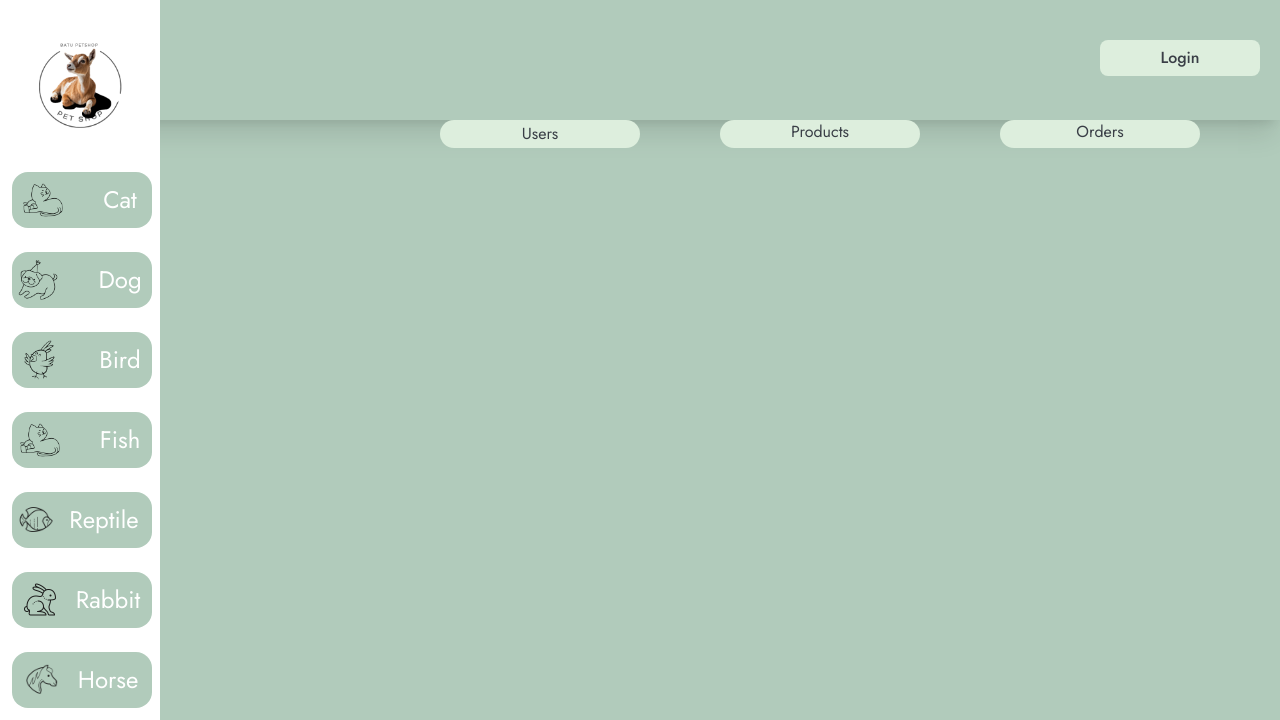
Repository: batu-call/batu-petshop
Page: /main (app in petshopp-appAdmin/admin/)
An editor plug-in stored every save of this project. The page is shown before and after the next save, followed by the edit.
The browser window is 1280 px wide. The pictures show the whole page.
The project was rebuilt for these pictures with package versions that can differ from the ones it lists, and the page was loaded fresh each time. The framework's server and built-in components were replaced by stand-ins that run in the browser. Also part of the build but not shown: petshopp-appAdmin/admin/next.config.ts.

Above is the page before, as saved 2025-09-20 01:22:10.

After the next save:
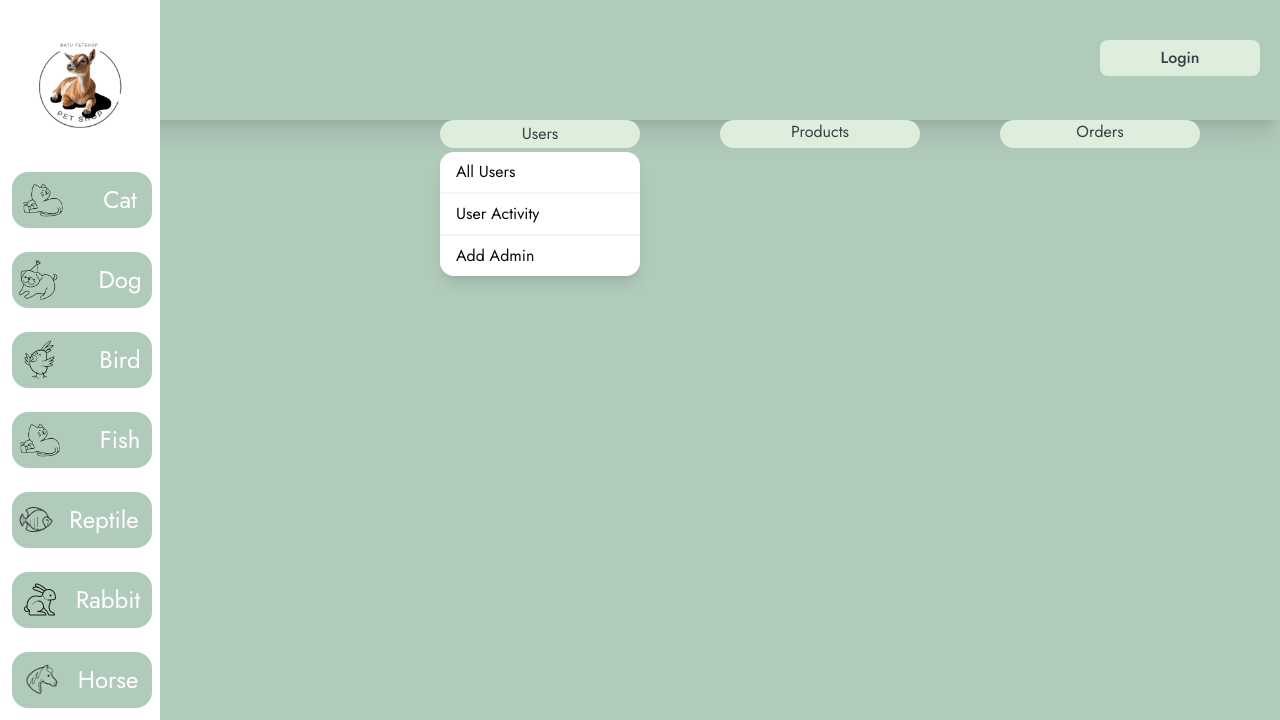
Saved 42 s later.
--- a/petshopp-appAdmin/admin/src/app/Navbar/page.tsx
+++ b/petshopp-appAdmin/admin/src/app/Navbar/page.tsx
@@ -36,7 +36,7 @@
         </div>
 
         {/* Dropdown */}
-        <div className="absolute left-0 hidden group-hover:block mt-1 w-50 bg-white shadow-lg rounded-xl z-10">
+        <div className="absolute left-0  group-hover:block mt-1 w-50 bg-white shadow-lg rounded-xl z-10">
           <ul className="flex flex-col">
             <li>
 

After the save that followed:
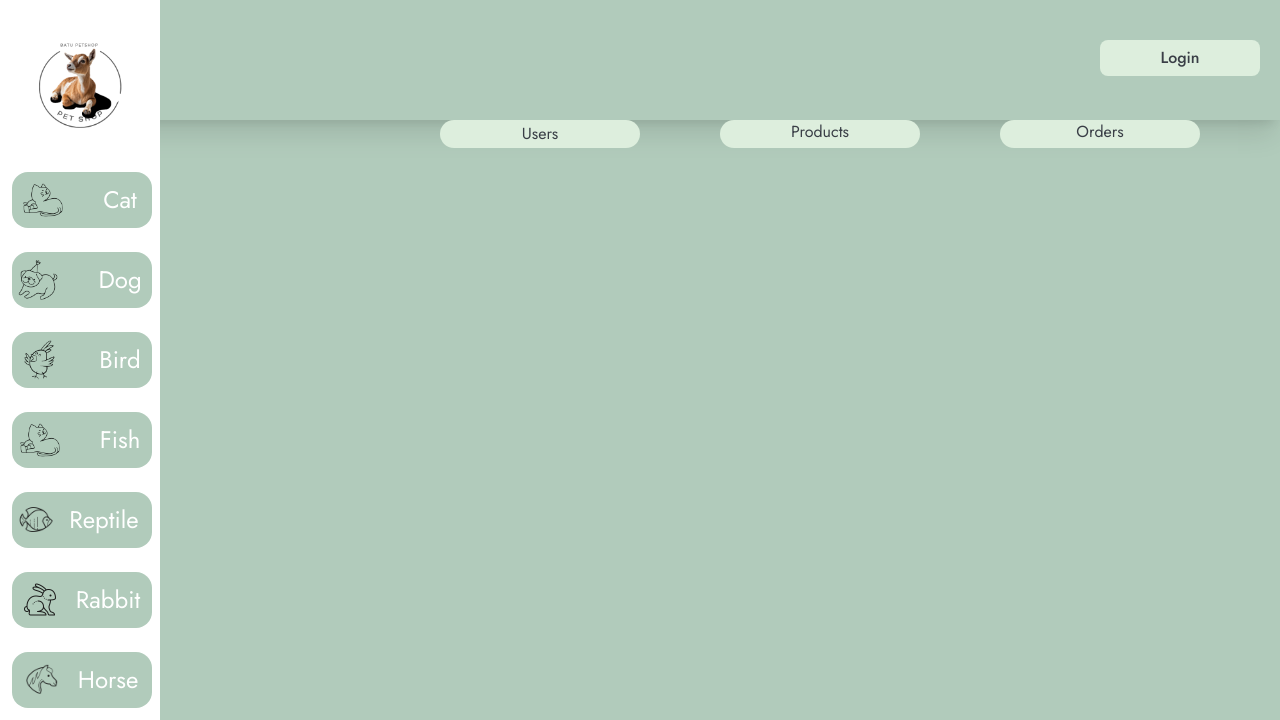
Saved 16 s later.
--- a/petshopp-appAdmin/admin/src/app/Navbar/page.tsx
+++ b/petshopp-appAdmin/admin/src/app/Navbar/page.tsx
@@ -36,7 +36,7 @@
         </div>
 
         {/* Dropdown */}
-        <div className="absolute left-0  group-hover:block mt-1 w-50 bg-white shadow-lg rounded-xl z-10">
+        <div className="absolute left-0 hidden group-hover:block mt-1 w-50 bg-white shadow-lg rounded-xl z-10">
           <ul className="flex flex-col">
             <li>
 
